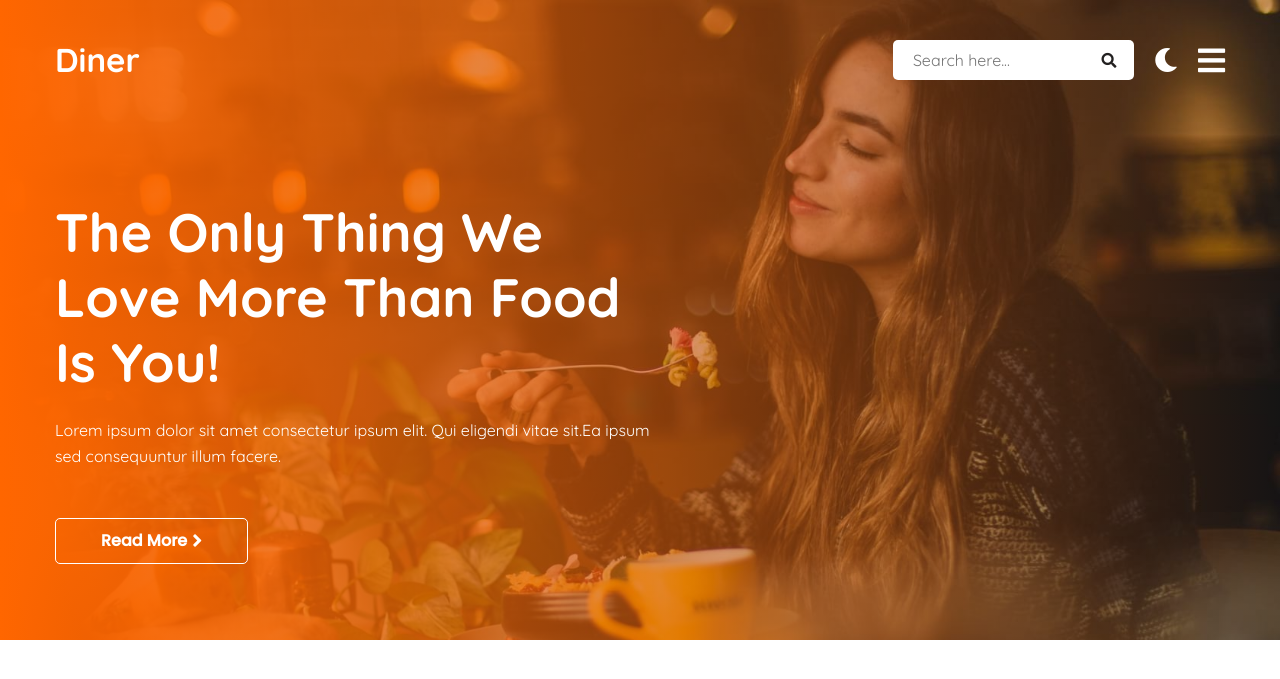
Repository: baobaodeveloper/bootscap21_project_AnhBao_VietToan_VietDuc
Page: index.html
The author's editor kept a copy of each file at every save. The page is drawn from the files as they stood at one save, then again after the next save.
The browser window is 1280 px wide. The pictures show the whole page.

Above is the page before, as saved 2022-03-03 08:55:18.

After the next save:
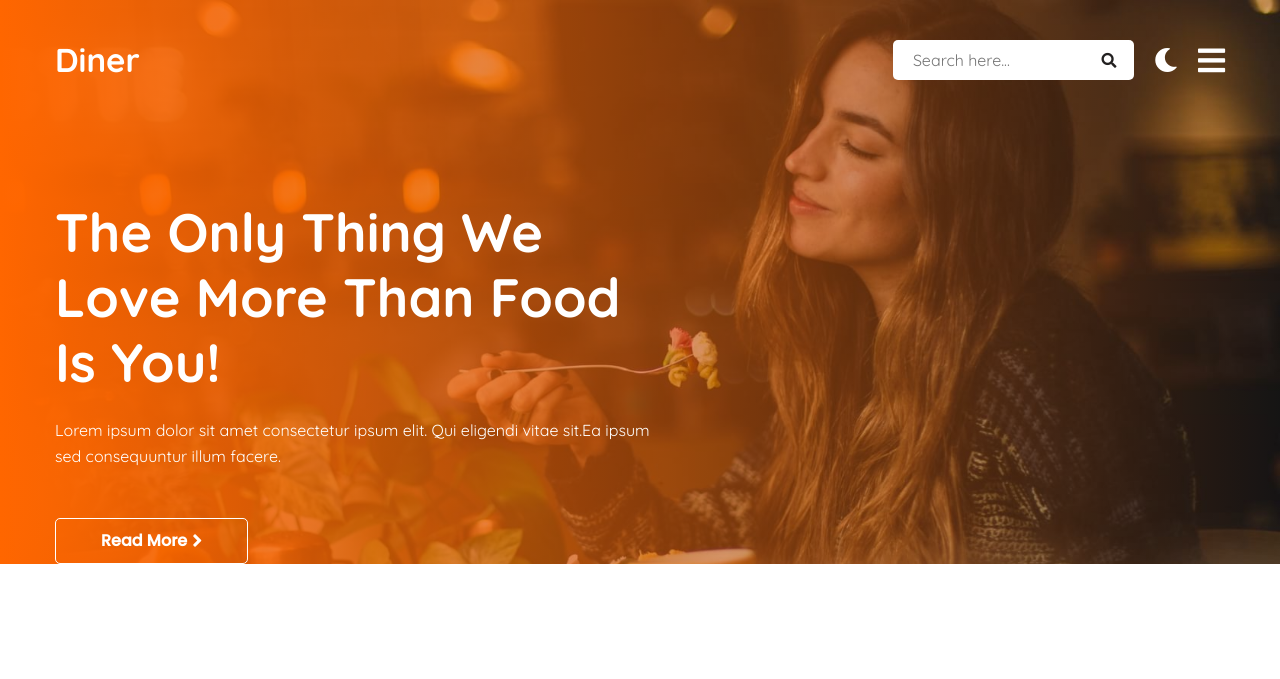
Saved 11 s later.
--- a/style.css
+++ b/style.css
@@ -97,7 +97,7 @@ body {
   background-repeat: no-repeat;
   background-attachment: fixed;
 
-  min-height: 50vw;
+  min-height: 50vh;
 }
 
 .header__top {
